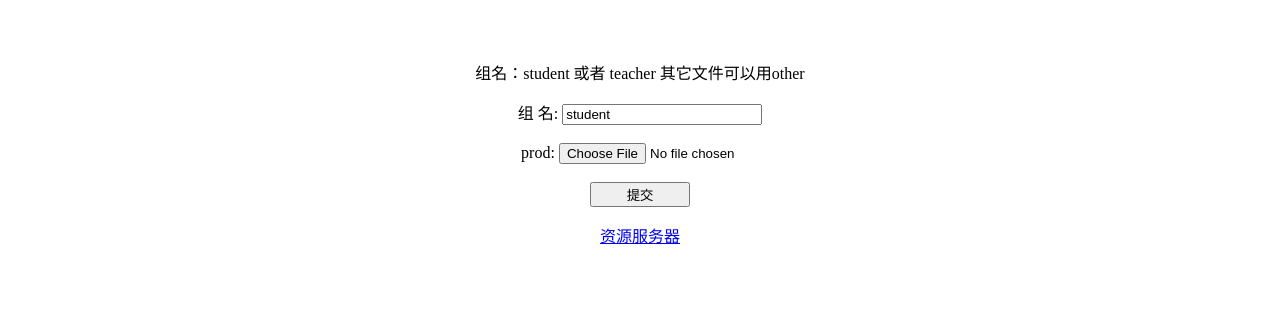
Repository: dingyuanzheng/webserver
Page: http://localhost/mock/fileList.jsp
The author's editor kept a copy of each file at every save. The page is drawn from the files as they stood at one save, then again after the next save.
The browser window is 1280 px wide. The pictures show the whole page.
The page is served by Tomcat 9. Other server files are loaded and not shown.

Above is the page before, as saved 2018-08-30 03:11:37.

### mock/WebRoot/fileList.jsp
<%@ page language="java" import="java.util.*" pageEncoding="utf-8"%>
<%
String path = request.getContextPath();
String basePath = request.getScheme()+"://"+request.getServerName()+":"+request.getServerPort()+path+"/";
%>

<!DOCTYPE HTML PUBLIC "-//W3C//DTD HTML 4.01 Transitional//EN">
<html>
  <head>
    <base href="<%=basePath%>">

    <title>爱学习资源上传</title>
	<meta http-equiv="pragma" content="no-cache">
	<meta http-equiv="cache-control" content="no-cache">
	<meta http-equiv="expires" content="0">
	<meta http-equiv="keywords" content="keyword1,keyword2,keyword3">
	<meta http-equiv="description" content="This is my page">
  </head>

  <body align="center">
  		 <br/><br/>
  		 <p>组名：student 或者 teacher 其它文件可以用other</p>
	     <form action="${pageContext.request.contextPath}/uploadFile" enctype="multipart/form-data" method="post">
	                组 名:   <input type="text" name="username" value="student" size="36" , style="width:200px;"><br/><br/>
	    	 prod:   <input type="file" name="file1" , style="width:200px;"><br/><br/>
	    		     <input type="submit" value="提交" , style="width:100px;">
	     </form>


	     <a href="fileList">资源服务器</a>
  </body>
</html>

After the next save:
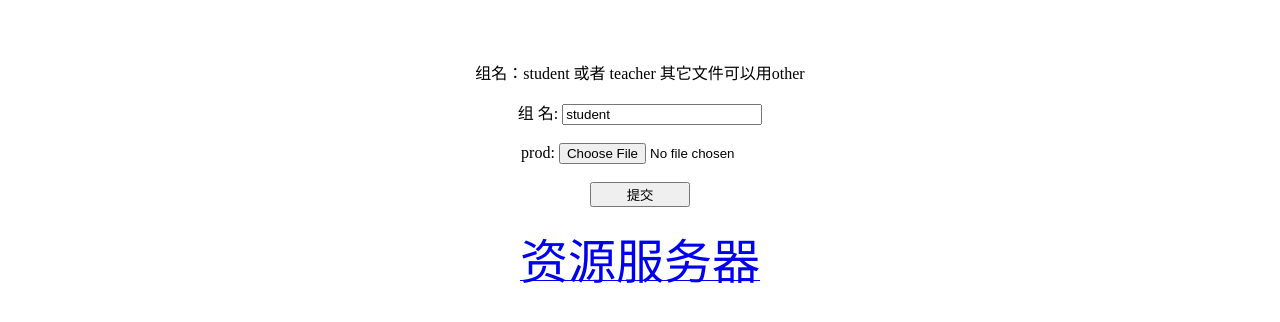
Saved 29 s later.
--- a/mock/WebRoot/fileList.jsp
+++ b/mock/WebRoot/fileList.jsp
@@ -27,6 +27,6 @@ String basePath = request.getScheme()+"://"+request.getServerName()+":"+request.
 	     </form>
 
 
-	     <a href="fileList">资源服务器</a>
+	     <a href="fileList"><font size="45">资源服务器</font></a>
   </body>
 </html>
